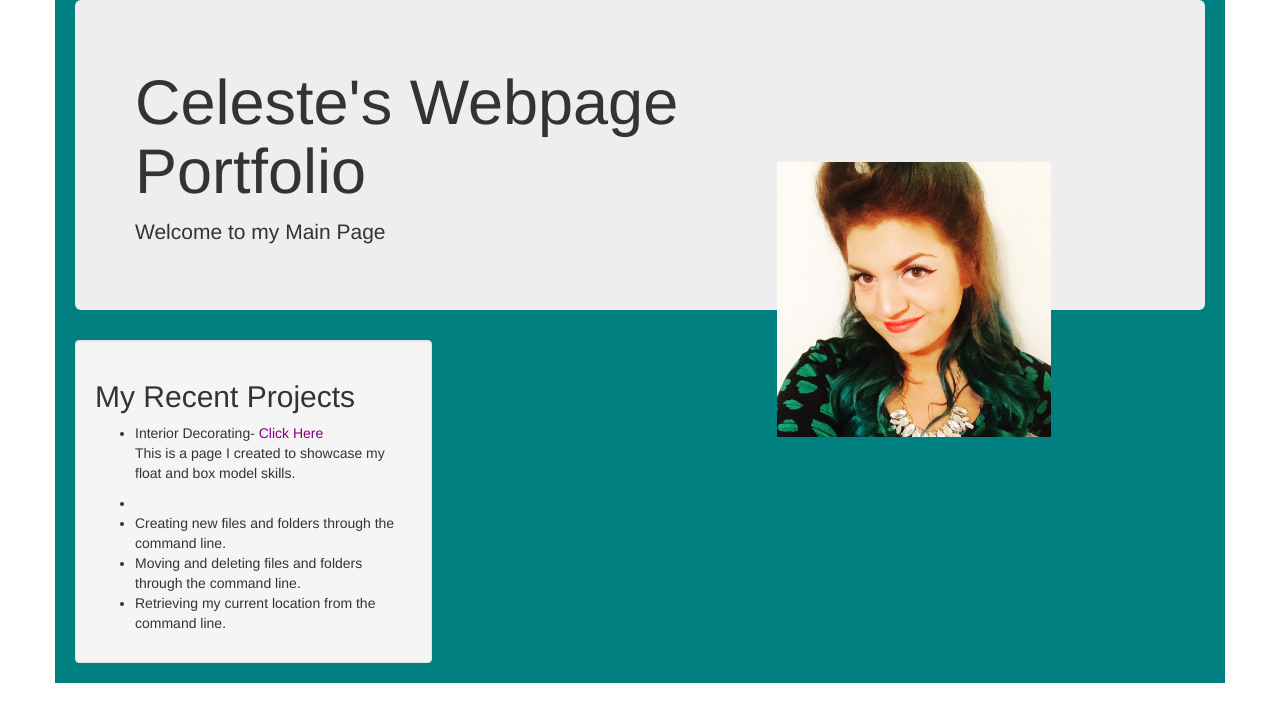
Repository: fieldceleste/portfolio-celeste
Page: portfolio-celeste.html
The author's editor kept a copy of each file at every save. The page is drawn from the files as they stood at one save, then again after the next save.
The browser window is 1280 px wide. The pictures show the whole page.

Above is the page before, as saved 2019-11-01 14:59:53.

After the next save:
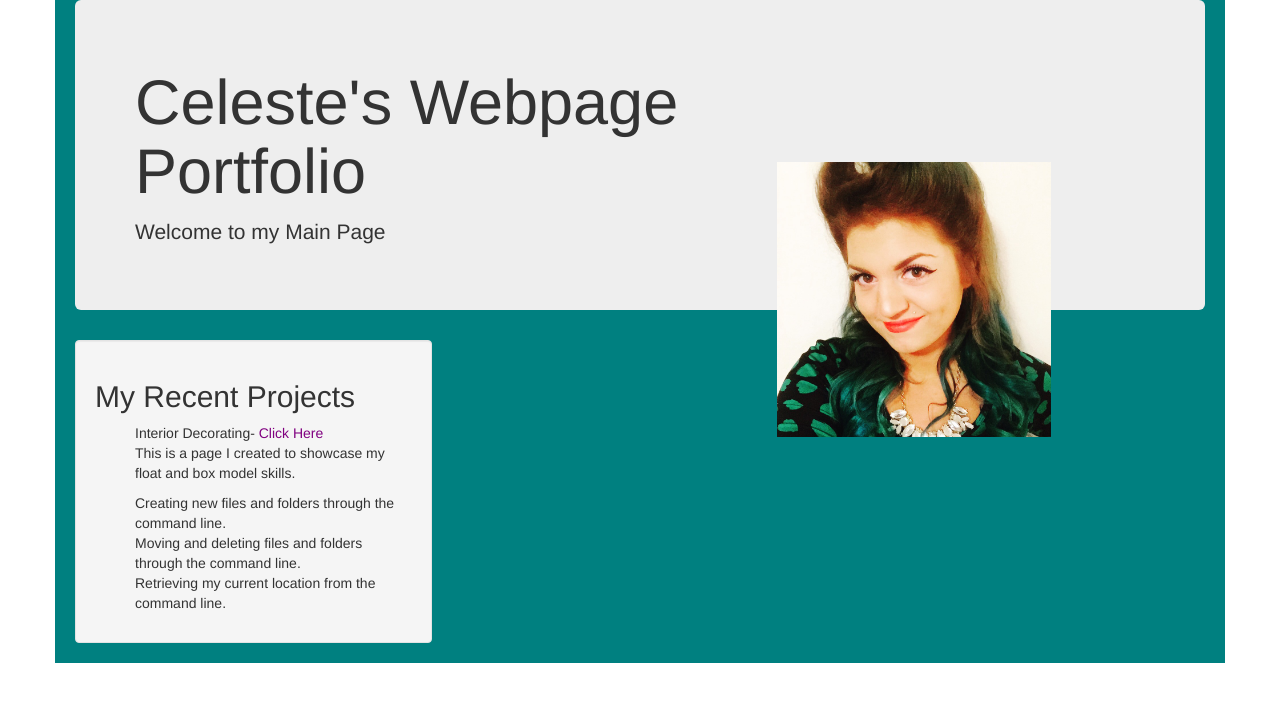
Saved 2 min 27 s later.
--- a/css/styles.css
+++ b/css/styles.css
@@ -5,8 +5,11 @@ height:45%;
 padding: 90px;
 margin: 4px;
 }
-
-.projects ul li a{
-    color:purple
+.projects ul li{
+     display:block;
 
 }
+.projects ul li a{
+    color:purple;
+
+}

After the save that followed:
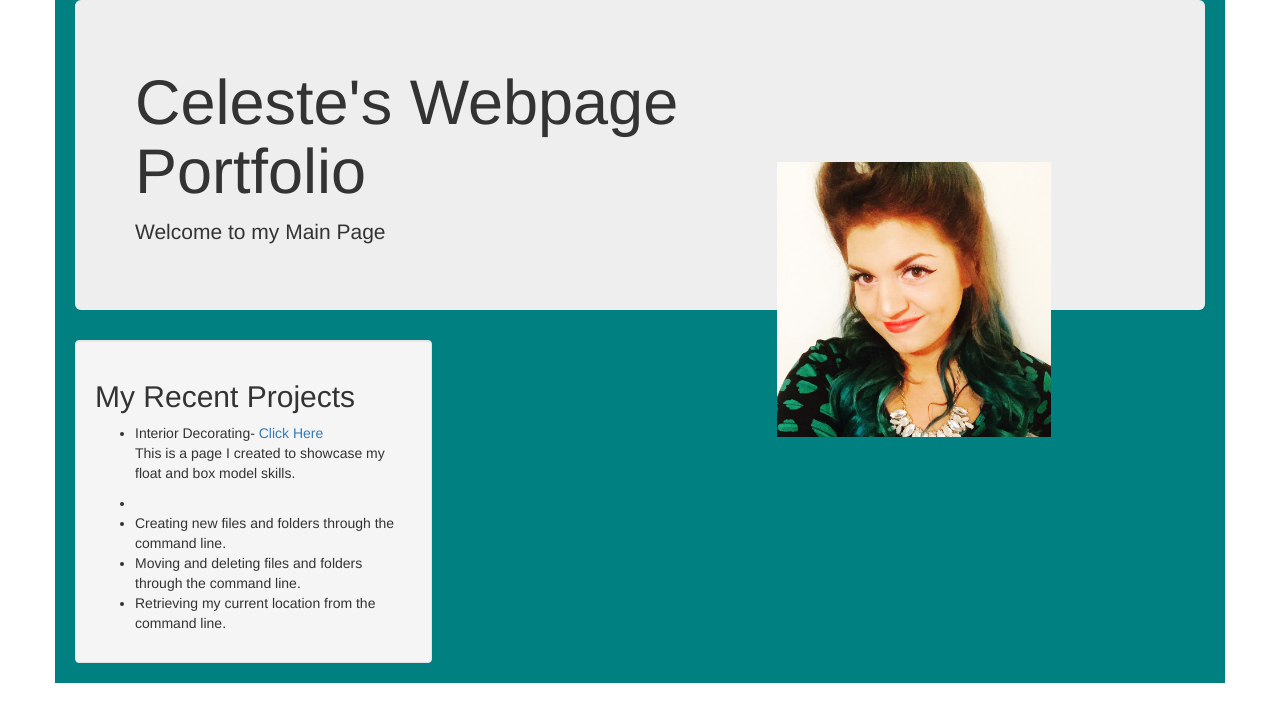
Saved 20 s later.
--- a/portfolio-celeste.html
+++ b/portfolio-celeste.html
@@ -17,7 +17,7 @@
             <div class="">
              </div>
             <h2>My Recent Projects</h2>
-            <div class="projects">
+            <div class=".projects">
               <ul>
                <li>Interior Decorating- <a herf="https://www.youtube.com">Click Here</a><p>This is a page I created to showcase my float and box model skills.</p>
                 <li>
